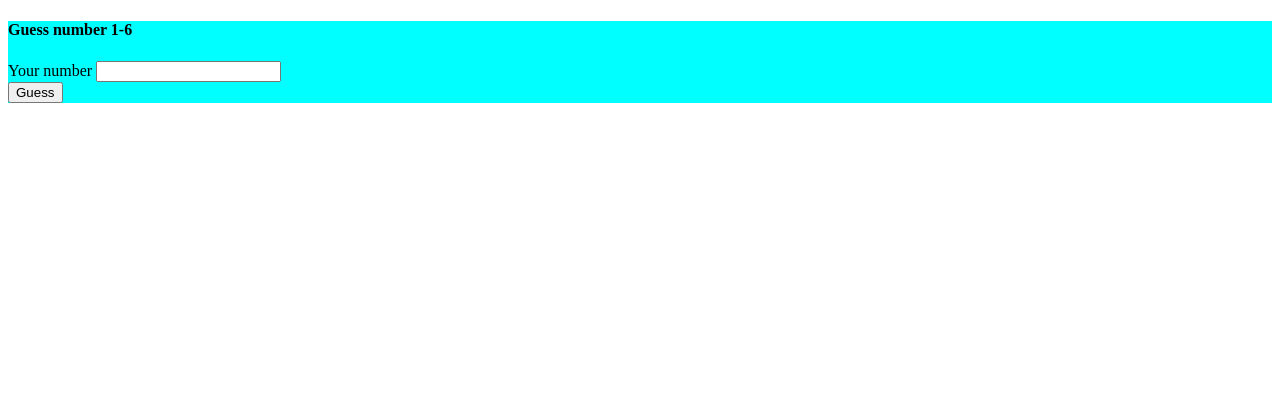
Repository: Ironicmanx/HTMLFILES
Page: Javascript/guessNumber/guess.html
The author's editor kept a copy of each file at every save. The page is drawn from the files as they stood at one save, then again after the next save.
The browser window is 1280 px wide. The pictures show the whole page.

Above is the page before, as saved 2024-02-05 20:13:17.

After the next save:
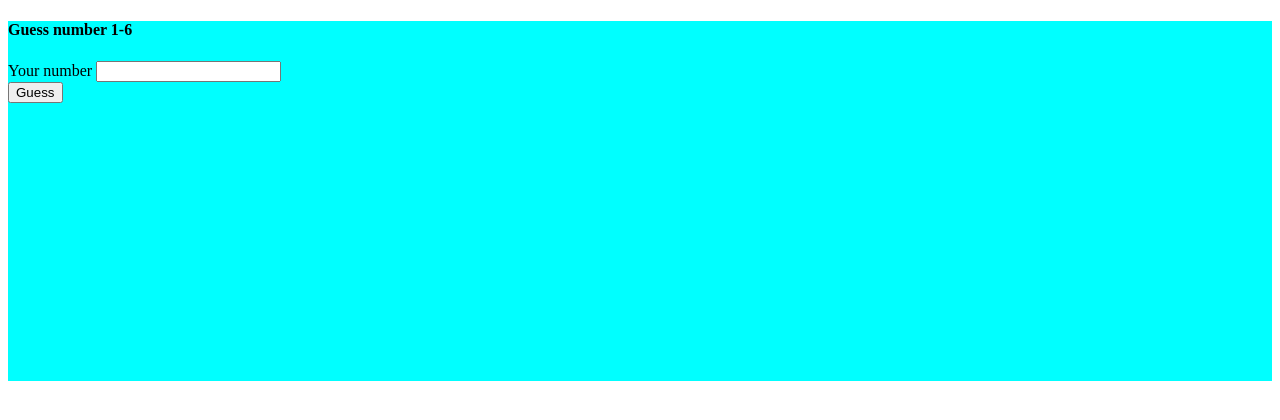
Saved 5 s later.
--- a/Javascript/guessNumber/guess.css
+++ b/Javascript/guessNumber/guess.css
@@ -2,5 +2,5 @@
 div#container{
     color: #000;
     background-color: aqua;
-    height: 50;
+    height: 50vh;
 }
